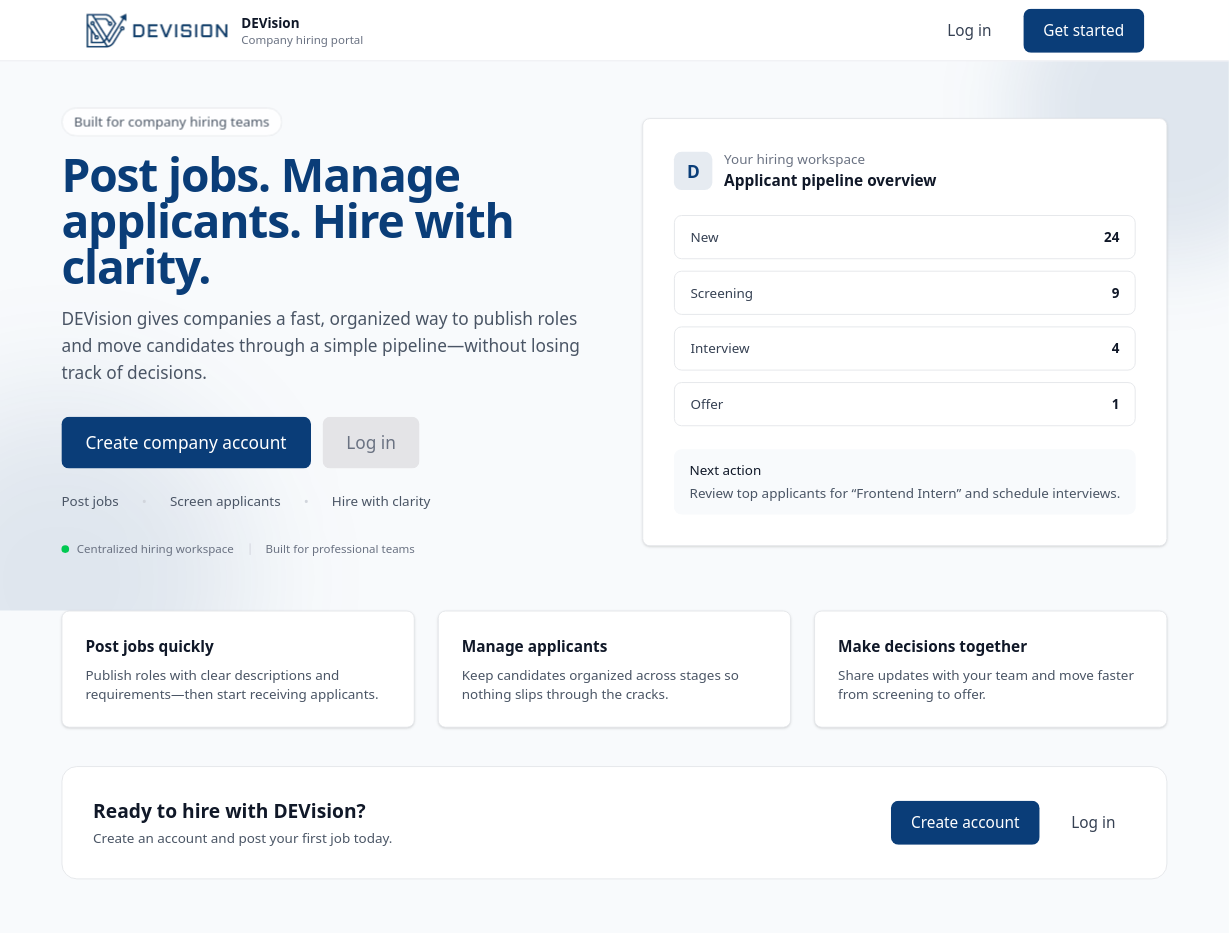
Repository: ISYS3461-2025C-Mulan-DEVision/JobManager_FE
Page: /
These files come from the project's save history. The page is drawn as it stood at one moment and after the next save; the edit follows.
The browser window is 1280 px wide. The pictures show the whole page, at 96% of full size.
The project was rebuilt for these pictures with package versions that can differ from the ones it lists, and the page was loaded fresh each time. Also part of the build but not shown: vite.config.js, src/components/ui/Input/Input.tsx, src/components/ui/Spinner/Spinner.tsx, src/components/ui/Alert/Alert.tsx, src/components/ui/GoogleLogo/GoogleLogo.tsx, src/components/headless/Form/Form.tsx, src/components/headless/Form/index.ts, src/components/headless/Table/useTable.ts and 18 more.

Above is the page before, as saved 2025-12-12 15:47:24.

After the next save:
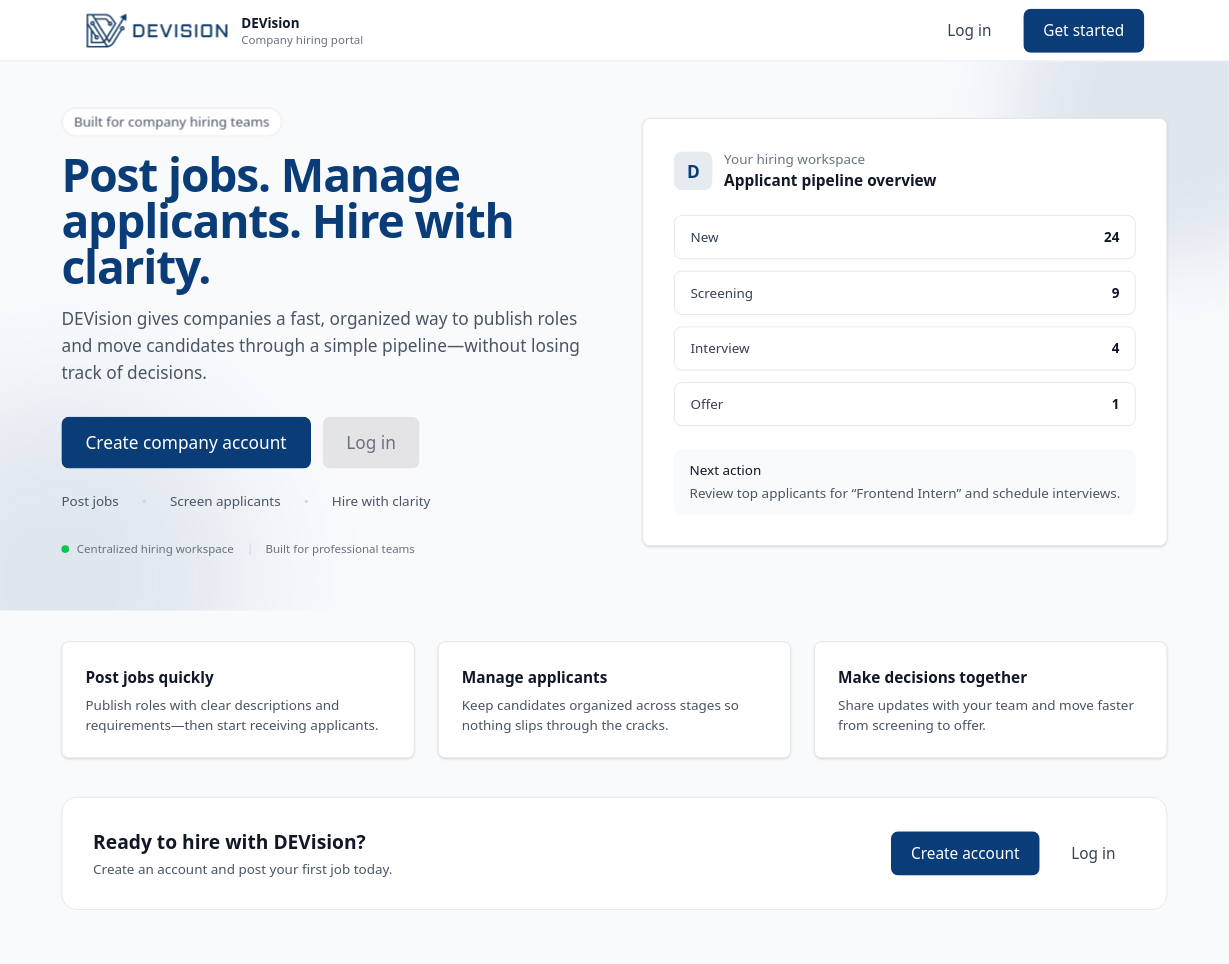
Saved 42 s later.
--- a/src/pages/Home.tsx
+++ b/src/pages/Home.tsx
@@ -94,7 +94,7 @@ export default function Home() {
                 </div>
             </section>
 
-            <section className="px-6 pb-14">
+            <section className="px-6 pb-14 py-8">
                 <div className="mx-auto max-w-6xl">
                     <div className="grid gap-6 md:grid-cols-3">
                         <Card className="p-6">
